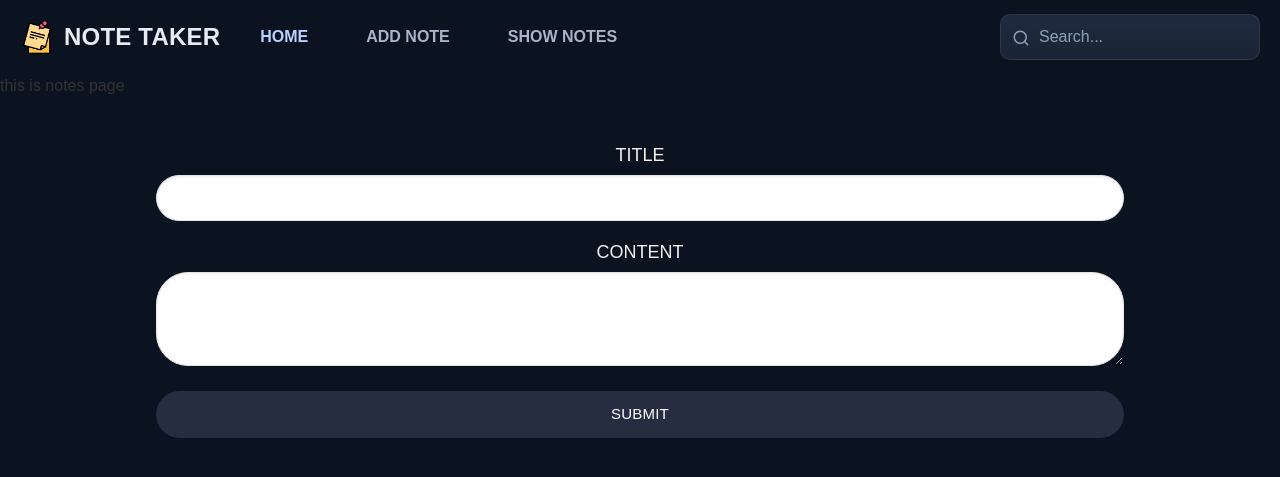
Repository: DEBDEEPTA/NOTE-TAKER
Page: http://localhost/NoteTaker/addnotes.jsp
These files come from the project's save history. The page is drawn as it stood at one moment and after the next save; the edit follows.
The browser window is 1280 px wide. The pictures show the whole page.
Some web fonts or font styles are not loaded; a fallback is used. The page is served by Tomcat 10. Other server files are loaded and not shown.

Above is the page before, as saved 2025-10-04 13:55:20.

### NoteTaker/src/main/webapp/addnotes.jsp
<%@ page language="java" contentType="text/html; charset=UTF-8"
    pageEncoding="UTF-8"%>
<!DOCTYPE html>
<html>
<head>
<meta charset="UTF-8">

<meta name="viewport" content="width=device-width, initial-scale=1, shrink-to-fit=no">

    <!-- Bootstrap CSS -->
 <link rel="stylesheet" href="https://cdn.jsdelivr.net/npm/bootstrap@4.4.1/dist/css/bootstrap.min.css" integrity="sha384-Vkoo8x4CGsO3+Hhxv8T/Q5PaXtkKtu6ug5TOeNV6gBiFeWPGFN9MuhOf23Q9Ifjh" crossorigin="anonymous">

<title>ADD_NOTES</title>

</head>
<body>

	 <div class="navContainer">
   		<%@include file ="navbar.jsp"%>
   	</div>


   	<p>this is notes page</p>

   <!-- NOTE FORM -->

  <div class="formContainer">
   		<%@include file ="form.jsp"%>
   	</div>

</body>
</html>

### NoteTaker/src/main/webapp/navbar.jsp
<%@ page language="java" contentType="text/html; charset=UTF-8"
    pageEncoding="UTF-8"%>
<!DOCTYPE html>
<html>
<head>
<meta charset="UTF-8">
<meta name="viewport" content="width=device-width, initial-scale=1.0">

<title>NAVBAR</title>

 <link rel="stylesheet" href="./css/navbar.css">
 <link rel="preconnect" href="https://fonts.googleapis.com">
 <link rel="preconnect" href="https://fonts.gstatic.com" crossorigin>
 <link href="https://fonts.googleapis.com/css2?family=Inter:wght@400;500;600;700&display=swap" rel="stylesheet">
</head>



<body>
  <header class="site-header">
    <nav class="navbar" aria-label="Main navigation">
      <span class="brand" aria-label="Flowbite home">
        <img class="brand-logo" src="media/sticky-notes.png" alt="Note Taker logo" />
        <span class="brand-text">NOTE TAKER</span>
      </span>

      <button class="menu-toggle" aria-label="Open menu" aria-expanded="false" aria-controls="mobile-menu">
        <svg viewBox="0 0 24 24" width="24" height="24" fill="none" stroke="currentColor" stroke-width="2" stroke-linecap="round" stroke-linejoin="round" aria-hidden="true">
          <line x1="3" y1="6" x2="21" y2="6"></line>
          <line x1="3" y1="12" x2="21" y2="12"></line>
          <line x1="3" y1="18" x2="21" y2="18"></line>
        </svg>
      </button>


      <ul class="nav-links" role="list">
        <li><a class="nav-link active" href="index.jsp">HOME</a></li>
        <li><a class="nav-link" href="addnotes.jsp">ADD NOTE</a></li>
        <li><a class="nav-link" href="allnotes.jsp">SHOW NOTES</a></li>
      </ul>


      <form class="search" role="search" aria-label="Site">
        <span class="search-icon" aria-hidden="true">
          <svg viewBox="0 0 24 24" width="18" height="18" fill="none" stroke="currentColor" stroke-width="2" stroke-linecap="round" stroke-linejoin="round" aria-hidden="true">
            <circle cx="11" cy="11" r="8"></circle>
            <line x1="21" y1="21" x2="16.65" y2="16.65"></line>
          </svg>
        </span>
        <input class="search-input" type="search" placeholder="Search..." aria-label="Search" />
      </form>
    </nav>
  </header>
  <ul id="mobile-menu" class="mobile-menu" role="list" hidden>
    <li><a class="nav-link active" href="#">HOME</a></li>
    <li><a class="nav-link" href="#about">ADD NOTE</a></li>
    <li><a class="nav-link" href="#services">SHOW NOTES</a></li>
  </ul>
  <script>
  (function(){
    var toggle = document.querySelector('.menu-toggle');
    var menu = document.getElementById('mobile-menu');
    if(!toggle || !menu) return;
    toggle.addEventListener('click', function(){
      var isOpen = toggle.getAttribute('aria-expanded') === 'true';
      toggle.setAttribute('aria-expanded', String(!isOpen));
      menu.hidden = isOpen;
    });
    // Close menu when clicking a link
    menu.addEventListener('click', function(e){
      var target = e.target;
      if(target && target.tagName === 'A'){
        toggle.setAttribute('aria-expanded','false');
        menu.hidden = true;
      }
    });
  })();
  </script>
</body>


</html>

### NoteTaker/src/main/webapp/form.jsp
<!DOCTYPE html>
<html lang="en">
<head>
<meta charset="UTF-8">
<meta name="viewport" content="width=device-width, initial-scale=1.0">
<title>NOTE SUBMIT FORM</title>
<link rel="stylesheet" href="./css/form.css">
<link rel="preconnect" href="https://fonts.googleapis.com">
<link rel="preconnect" href="https://fonts.gstatic.com" crossorigin>
<link href="https://fonts.googleapis.com/css2?family=Alan+Sans:wght@300..900&family=Bungee+Inline&family=Fugaz+One&family=Ribeye+Marrow&display=swap" rel="stylesheet">
</head>
<body>

<div class="form-card">
<form action="SaveNotesServlet" method="post" class="contact-form" novalidate>

<div class="form-group">
<label for="title">TITLE</label>
<input type="text" required id="title" name="title" placeholder="" />
<small class="hint" aria-hidden="true"></small>
<div class="error" aria-live="polite"></div>
</div>

<div class="form-group">
<label for="content">CONTENT</label>
<textarea id="content" name="content" rows="3" required></textarea>
<div class="error" aria-live="polite"></div>
</div>

<button type="submit" class="submit-btn">SUBMIT</button>
</form>
</div>
</body>
</html>

### NoteTaker/src/main/webapp/css/navbar.css
:root{
  --bg:#0b1220;
  --panel:#1b2537;
  --panel-press:#223049;
  --text:#e7ecf3;
  --muted:#a9b4c7;
  --brand-start:#4f46e5;
  --brand-end:#06b6d4;
  --ring:rgba(99,102,241,.4);
}

*{box-sizing:border-box}
html,body{height:100%}
body{
  margin:0;
  font-family:"Inter",system-ui,-apple-system,Segoe UI,Roboto,Helvetica,Arial,sans-serif;
  background:var(--bg);
  color:var(--text);
}

.site-header{position:sticky;top:0;z-index:10;background:var(--bg)}

.navbar{
  display:flex;
  align-items:center;
  gap:24px;
  padding:14px 20px;
  max-width:100%;
  margin:0 auto;
}

.brand{display:flex;align-items:center;gap:10px;text-decoration:none;color:var(--text)}
.brand-text{font-size:24px;font-weight:700;letter-spacing:.2px}
/* sticky note image logo */
.brand-logo{width:34px;height:34px;display:inline-block;object-fit:contain;border-radius:6px}


/* hamburger button (hidden by default) */
.menu-toggle{display:none;margin-left:auto;background:none;border:0;color:var(--text);padding:8px;border-radius:8px;cursor:pointer}
.menu-toggle:hover{background:var(--panel)}
.menu-toggle:active{background:var(--panel-press)}

/* mobile dropdown menu */
.mobile-menu{list-style:none;margin:8px 20px 0;padding:8px;border:1px solid rgba(255,255,255,.08);background:linear-gradient(180deg,#1f2a3e,#1a2436);border-radius:12px;max-width:1200px}
.mobile-menu li + li{border-top:1px solid rgba(255,255,255,.06)}
.mobile-menu .nav-link{display:block;padding:12px 10px}


.nav-links{display:flex;align-items:center;gap:26px;list-style:none;margin:0;padding:0}
.nav-link{color:var(--muted);text-decoration:none;font-weight:600}
.nav-link:hover{color:var(--text)}
.nav-link.active{color:#bcd2ff}

.search{margin-left:auto;position:relative;display:flex;align-items:center}
.search-icon{position:absolute;left:12px;color:#8fa0bd}
.search-input{
  width:260px;
  padding:10px 12px 10px 38px;
  border-radius:10px;
  background:linear-gradient(180deg,#1f2a3e,#1a2436);
  border:1px solid rgba(255,255,255,.08);
  color:var(--text);
  outline:none;
  transition:box-shadow .15s ease, background-color .15s ease, border-color .15s ease;
}
.search-input::placeholder{color:#8fa0bd}
.search-input:focus{box-shadow:0 0 0 3px var(--ring);border-color:#6b79ff}
.search-input:hover{background:var(--panel)}
.search-input:active{background:var(--panel-press)}

/* responsiveness */
@media (max-width:720px){
  .navbar{gap:16px}
  .nav-links{display:none}
  .search-input{width:180px}
  .menu-toggle{display:inline-flex;align-items:center;justify-content:center}
}

### NoteTaker/src/main/webapp/css/form.css
/* root reset */
*{box-sizing:border-box}
html,body{margin:0;padding:0;font-family:Arial,Helvetica,sans-serif;color:#333}

/* Card container*/
.form-card{max-width:62rem;margin:32px auto;padding:12px}

/* Form */
.contact-form{display:block}
.form-group{margin-bottom:18px}
.form-group label{
    display:block;
    font-size:18px;
    color:#f4efef;
    margin-bottom:6px;
    text-align:center;

    font-family: "Fugaz One", sans-serif;
    font-weight: 400;
    font-style: normal;
}

/*  Inputs */

.contact-form input[type="text"],

.contact-form textarea{
  width:100%;
  border:1px solid #e5e5e5;
  border-radius:2rem;
  padding:10px 8px;
  font-size:16px;
  font-weight:bold;
  outline:none;
  box-shadow:inset 0 1px 3px rgba(0,0,0,.08);
  text-align:center;
}
.contact-form textarea{resize:vertical;min-height:70px}
.contact-form input:focus,
.contact-form textarea:focus{
  border-color:white;
  box-shadow:inset 0 1px 3px rgba(0,0,0,.1),0 0 0 2px rgba(0,0,0,.02);
  transform: scale(1.02);
  background: white;
  transition: all 0.3s ease;
}


/* Submit button: */

.submit-btn{
  width:100%;

 	/* From https://css.glass */
	background: rgba(185, 183, 243, 0.16);
	border-radius: 16px;
	box-shadow: 0 4px 30px rgba(0, 0, 0, 0.1);
	backdrop-filter: blur(3.9px);
	-webkit-backdrop-filter: blur(3.9px);
	border: 1px solid rgba(185, 183, 243, 0.11);

  color:#fff;
  border:none;
  border-radius:2rem;
  padding:12px 10px;
  font-size:15px;
  font-weight:600;
  letter-spacing:.2px;
  cursor:pointer;
  box-shadow:0 1px 0 rgba(0,0,0,.05);
  transition: all 0.3s ease;
  font-family: "Fugaz One", sans-serif;
  font-weight: 400;
  font-style: normal;
}
.submit-btn:hover{
  background:#a93333;
  transform: translateY(-2px);
  box-shadow: 0 6px 20px rgba(0, 0, 0, 0.2);
}
.submit-btn:active{
  background:#ad3333;
  transform: translateY(0px);
  box-shadow: 0 2px 10px rgba(0, 0, 0, 0.1);
}

After the next save:
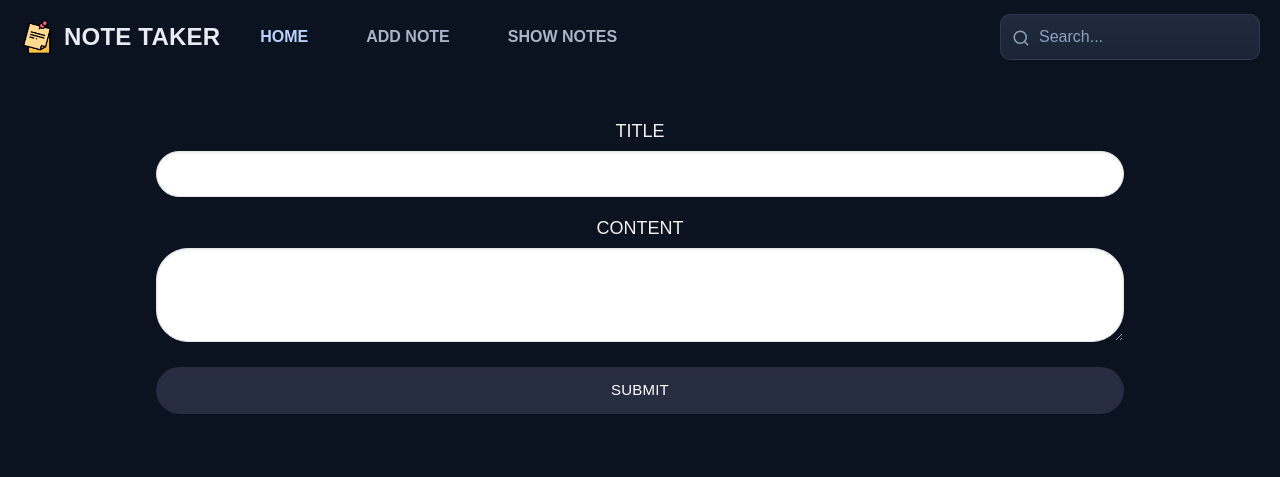
Saved 7 s later.
--- a/NoteTaker/src/main/webapp/addnotes.jsp
+++ b/NoteTaker/src/main/webapp/addnotes.jsp
@@ -20,8 +20,6 @@
    	</div>
 
 
-   	<p>this is notes page</p>
-
    <!-- NOTE FORM -->
 
   <div class="formContainer">
